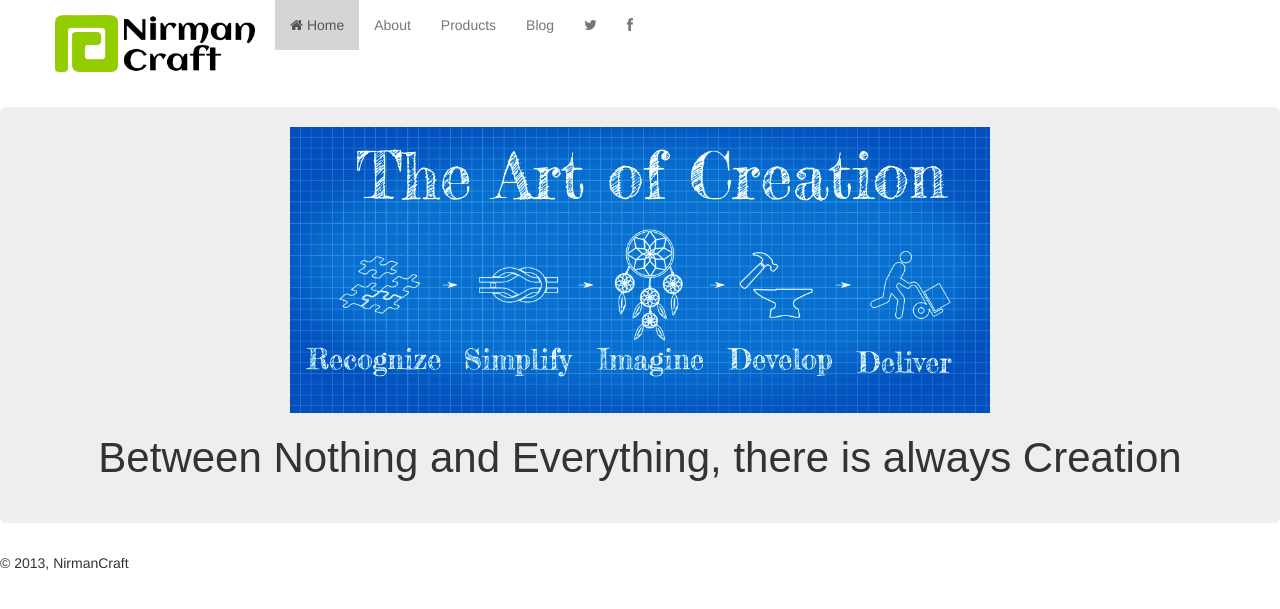
Repository: MeShreyas/NirmanCraftWebsite
Page: NirmanCraft/index.html
These files come from the project's save history. The page is drawn as it stood at one moment and after the next save; the edit follows.
The browser window is 1280 px wide. The pictures show the whole page.
Some web fonts or font styles are not loaded; a fallback is used.

Above is the page before, as saved 2013-10-07 12:10:47.
Console error: ReferenceError: jQuery is not defined

After the next save:
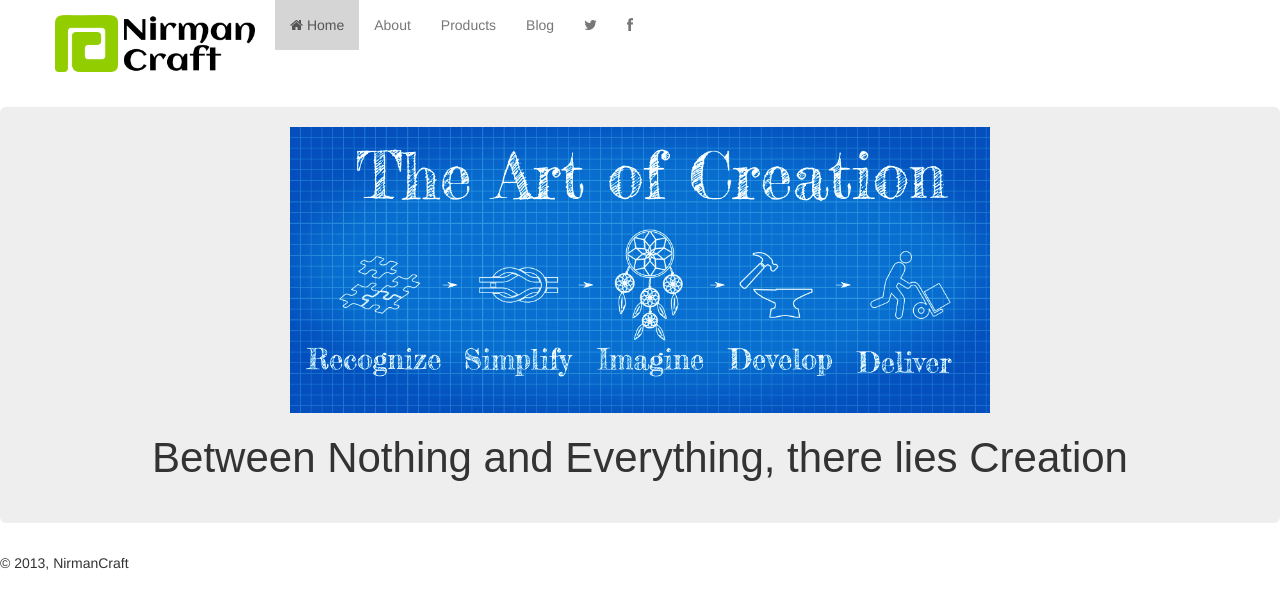
Saved 21 s later.
--- a/NirmanCraft/index.html
+++ b/NirmanCraft/index.html
@@ -63,7 +63,7 @@
 
 						<img src="images/finalbanner.png" width="700px"/>
 						<br/>
-						Between Nothing and Everything, there is always Creation
+						Between Nothing and Everything, there lies Creation
 					</center>
 				</div>
 			</div>
